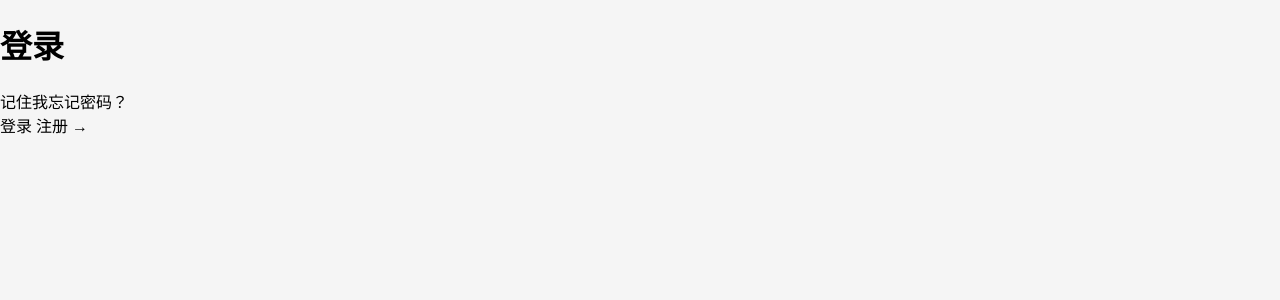
Repository: 202100202078/to-b-data-management-platform
Page: /login
An editor plug-in stored every save of this project. The page is shown before and after the next save, followed by the edit.
The browser window is 1280 px wide. The pictures show the whole page.
The project was rebuilt for these pictures with package versions that can differ from the ones it lists, and the page was loaded fresh each time. Also part of the build but not shown: vite.config.js.

Above is the page before, as saved 2023-10-29 16:39:31.

### src/main.js
import { createApp } from 'vue'

import '@/assets/main.scss'

import pinia from '@/stores/index.js'
import App from './App.vue'
import router from './router'

const app = createApp(App)

app.use(pinia)
app.use(router)

app.mount('#app')

### src/stores/index.js
import { createPinia } from 'pinia'
import persist from 'pinia-plugin-persistedstate'

const pinia = createPinia()
pinia.use(persist)

export default pinia

export * from './modules/user'

### src/router/index.js
import { createRouter, createWebHistory } from 'vue-router'

const router = createRouter({
  history: createWebHistory(import.meta.env.BASE_URL),
  routes: [
    {
      path: '/login',
      component: () => import('@/views/login/LoginPage.vue')
    },
    {
      path: '/',
      component: () => import('@/views/layout/LayOutContainer.vue'),
      redirect: '/article/manage',
      children: [
        {
          path: '/article/channel',
          component: () => import('@/views/article/ArticleChannel.vue')
        },
        {
          path: '/article/manage',
          component: () => import('@/views/article/ArticleManage.vue')
        },
        {
          path: '/user/profile',
          component: () => import('@/views/user/UserProfile.vue')
        },
        {
          path: '/user/avatar',
          component: () => import('@/views/user/UserAvatar.vue')
        },
        {
          path: '/user/password',
          component: () => import('@/views/user/UserPassword.vue')
        }
      ]
    }
  ]
})

export default router

### src/stores/modules/user.js
import { defineStore } from 'pinia'
import { ref } from 'vue'

export const useUserStore = defineStore(
  'user',
  () => {
    const token = ref('')
    const setToken = (newToken) => {
      token.value = newToken
    }
    const removeToken = () => {
      token.value = ''
    }

    return {
      token,
      setToken,
      removeToken
    }
  },
  {
    persist: {
      key: 'userInfo'
    }
  }
)

### src/views/login/LoginPage.vue
<script setup></script>

<template>
  <el-row class="login-page">
    <el-col :span="12" class="bg"></el-col>
    <el-col :span="6" :offset="3" class="form">
      <el-form ref="form" size="large" autocomplete="off" v-if="isRegister">
        <el-form-item>
          <h1>注册</h1>
        </el-form-item>
        <el-form-item>
          <el-input :prefix-icon="User" placeholder="请输入用户名"></el-input>
        </el-form-item>
        <el-form-item>
          <el-input
            :prefix-icon="Lock"
            type="password"
            placeholder="请输入密码"
          ></el-input>
        </el-form-item>
        <el-form-item>
          <el-input
            :prefix-icon="Lock"
            type="password"
            placeholder="请输入再次密码"
          ></el-input>
        </el-form-item>
        <el-form-item>
          <el-button class="button" type="primary" auto-insert-space>
            注册
          </el-button>
        </el-form-item>
        <el-form-item class="flex">
          <el-link type="info" :underline="false" @click="isRegister = false">
            ← 返回
          </el-link>
        </el-form-item>
      </el-form>
      <el-form ref="form" size="large" autocomplete="off" v-else>
        <el-form-item>
          <h1>登录</h1>
        </el-form-item>
        <el-form-item>
          <el-input :prefix-icon="User" placeholder="请输入用户名"></el-input>
        </el-form-item>
        <el-form-item>
          <el-input
            name="password"
            :prefix-icon="Lock"
            type="password"
            placeholder="请输入密码"
          ></el-input>
        </el-form-item>
        <el-form-item class="flex">
          <div class="flex">
            <el-checkbox>记住我</el-checkbox>
            <el-link type="primary" :underline="false">忘记密码？</el-link>
          </div>
        </el-form-item>
        <el-form-item>
          <el-button class="button" type="primary" auto-insert-space
            >登录</el-button
          >
        </el-form-item>
        <el-form-item class="flex">
          <el-link type="info" :underline="false" @click="isRegister = true">
            注册 →
          </el-link>
        </el-form-item>
      </el-form>
    </el-col>
  </el-row>
</template>

Loaded but not shown: index.html (common file); src/assets/main.scss (common file); src/App.vue (common file)

After the next save:
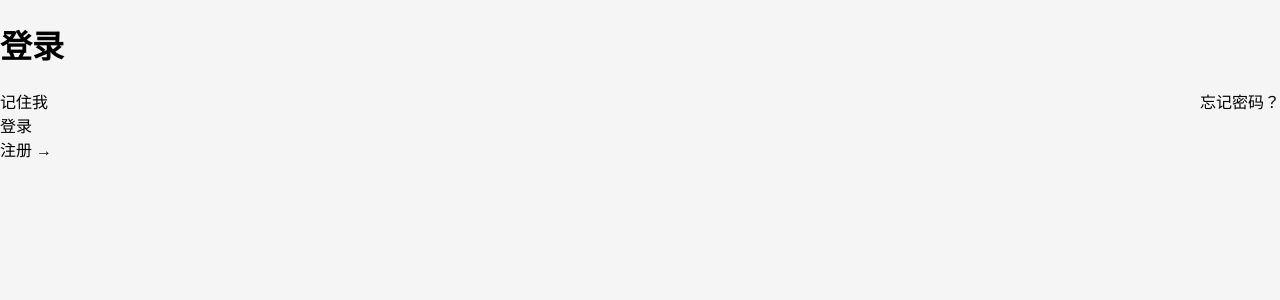
Saved 23 s later.
--- a/src/views/login/LoginPage.vue
+++ b/src/views/login/LoginPage.vue
@@ -71,3 +71,33 @@
     </el-col>
   </el-row>
 </template>
+
+<style lang="scss" scoped>
+.login-page {
+  height: 100vh;
+  background-color: #fff;
+  .bg {
+    background:
+      url('@/assets/logo2.png') no-repeat 60% center / 240px auto,
+      url('@/assets/login_bg.jpg') no-repeat center / cover;
+    border-radius: 0 20px 20px 0;
+  }
+  .form {
+    display: flex;
+    flex-direction: column;
+    justify-content: center;
+    user-select: none;
+    .title {
+      margin: 0 auto;
+    }
+    .button {
+      width: 100%;
+    }
+    .flex {
+      width: 100%;
+      display: flex;
+      justify-content: space-between;
+    }
+  }
+}
+</style>
